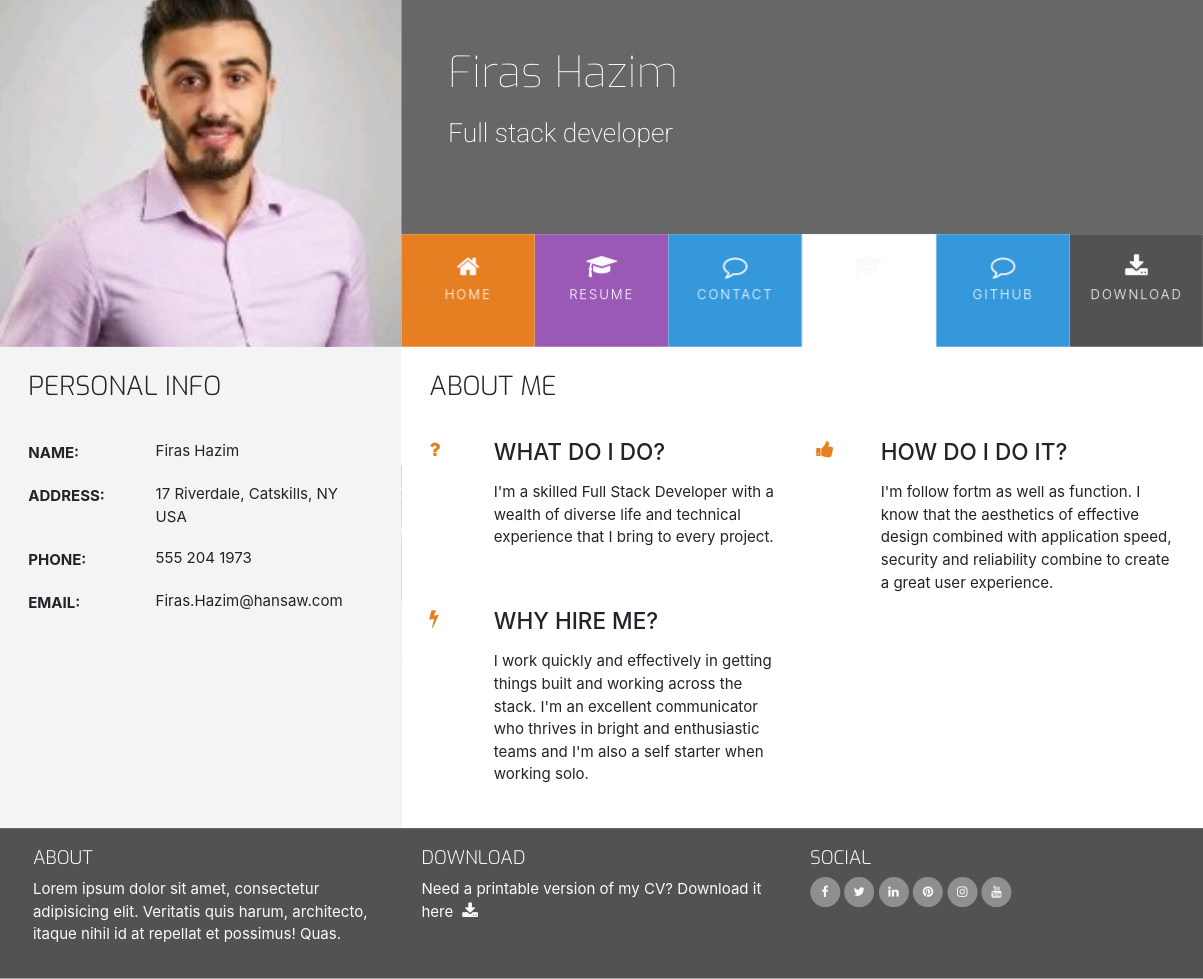
Repository: FirasH94/ResumeProject
Page: index.html
The author's editor kept a record of every edit. The page is drawn from the files as they stood at one moment, then again after the next edit.
The browser window is 1280 px wide. The pictures show the whole page, at 94% of full size.

Above is the page before.

### index.html
<!DOCTYPE html>
<html lang="en">
<head>
    <meta charset="UTF-8">
    <meta name="viewport" content="width=device-width, initial-scale=1.0">
    <meta http-equiv="X-UA-Compatible" content="ie=edge">
    <link rel="stylesheet" href="https://stackpath.bootstrapcdn.com/bootstrap/4.3.1/css/bootstrap.min.css" type="text/css" />
    <link rel="stylesheet" href="https://stackpath.bootstrapcdn.com/font-awesome/4.7.0/css/font-awesome.min.css" type="text/css" />
    <link rel="stylesheet" href="https://cdnjs.cloudflare.com/ajax/libs/hover.css/2.3.1/css/hover-min.css" type="text/css" />
    <link rel="stylesheet" href="assets/css/style.css" type="text/css" />
    <title>Firas</title>
</head>
<body>
    <header>
        <div class="row no-gutters">
            <a href="index.html" class="col-md-4 logo">

            </a>
            <div class="col-md-8">
                <div class="row bg-color-name-title no-gutters">
                    <div class="col heading">
                        <h1 class="name">Firas Hazim</h1>
                        <h2 class="title">Full stack developer</h2>
                    </div>
                </div>
                <div class="row no-gutters">
                    <div class="col">
                        <ul id="nav" class="list-inline menucontainer">
                            <li class="col-6 col-sm-2 ui-menu-color-home list-inline-item menuitem hvr-sweep-to-bottom">
                                <a href="index.html"><i class="fa fa-home" aria-hidden="true"></i><span>Home</span></a>
                            </li>
                            <li class="col-6 col-sm-2 ui-menu-color-resume list-inline-item menuitem hvr-sweep-to-bottom">
                                <a href="resume.html"><i class="fa fa-graduation-cap" aria-hidden="true"></i><span>Resume</span></a>
                            </li>
                            <li class="col-6 col-sm-2 ui-menu-color-contact list-inline-item menuitem hvr-sweep-to-bottom">
                                <a href="contact.html"><i class="fa fa-comment-o" aria-hidden="true"></i><span>Contact</span></a>
                            </li>
                            <li class="col-6 col-sm-2 ui-menu-color-interests list-inline-item menuitem hvr-sweep-to-bottom">
                                <a href="resume.html"><i class="fa fa-graduation-cap" aria-hidden="true"></i><span>Interests</span></a>
                            </li>
                            <li class="col-6 col-sm-2 ui-menu-color-contact list-inline-item menuitem hvr-sweep-to-bottom">
                                <a href="contact.html"><i class="fa fa-comment-o" aria-hidden="true"></i><span>Github</span></a>
                            </li>
                            <li class="col-6 col-sm-2 ui-menu-color-download list-inline-item menuitem hvr-sweep-to-bottom">
                                <a href="assets/cv/Firas Hazim's CV.pdf" target="_blank"><i class="fa fa-download" aria-hidden="true"></i><span>Download</span></a>
                            </li>
                        </ul>
                    </div>
                </div>
            </div>
        </div>
    </header>
    <section class="container-fluid">
        <div class="row">
            <div class="col-md-4 bg-color-personal-info section-column">
                <div class="row">
                    <div class="col-12">
                        <h3 class="section-heading uppercase">
                            Personal Info
                        </h3>
                    </div>
                </div>
                <div class="personal-info-item">
                    <div class="key">
                        <p class="uppercase">
                            Name:
                        </p>
                    </div>
                    <div class="value">
                        <p>
                            Firas Hazim
                        </p>
                    </div>
                </div>
                 <div class="personal-info-item">
                    <div class="key">
                        <p class="uppercase">
                            Address:
                        </p>
                    </div>
                    <div class="value">
                        <p>
                            17 Riverdale, Catskills, NY USA
                        </p>
                    </div>
                </div>
                 <div class="personal-info-item">
                    <div class="key">
                        <p class="uppercase">
                            Phone:
                        </p>
                    </div>
                    <div class="value">
                        <p>
                            555 204 1973
                        </p>
                    </div>
                </div>
                 <div class="personal-info-item">
                    <div class="key">
                        <p class="uppercase">
                            Email:
                        </p>
                    </div>
                    <div class="value">
                        <p>
                            Firas.Hazim@hansaw.com
                        </p>
                    </div>
                </div>
            </div>
            <div class="col-md-8 bg-color-three-reasons section-column">
                <div class="row">
                    <div class="col">
                        <h3 class="section-heading uppercase">About Me</h3>
                    </div>
                </div>
                <div class="row">
                    <div class="col-10 offset-1 offset-sm-0 col-sm-4 col-md-6">
                        <div class="row">
                            <div class="col-2">
                                <i class="three-reasons-icon fa fa-question" aria-hidden="true"></i>
                            </div>
                            <div class="col-10">
                                <h4 class="three-reasons-heading uppercase">What do I do?</h4>
                                <p>
                                    I'm a skilled Full Stack Developer with a wealth of diverse
                                    life and technical experience that I bring to every project.
                                </p>
                            </div>
                        </div>
                    </div>
                    <div class="col-10 offset-1 offset-sm-0 col-sm-4 col-md-6">
                        <div class="row">
                            <div class="col-2">
                                <i class="three-reasons-icon fa fa-thumbs-up" aria-hidden="true"></i>
                            </div>
                            <div class="col-10">
                                <h4 class="three-reasons-heading uppercase">How do I do it?</h4>
                                <p>
                                   I'm follow fortm as well as function. I know that the aesthetics of effective
                                   design combined with application speed, security and reliability combine to
                                   create a great user experience.
                                </p>
                            </div>
                        </div>
                    </div>
                     <div class="col-10 offset-1 offset-sm-0 col-sm-4 col-md-6">
                        <div class="row">
                            <div class="col-2">
                                <i class="three-reasons-icon fa fa-bolt" aria-hidden="true"></i>
                            </div>
                            <div class="col-10">
                                <h4 class="three-reasons-heading uppercase">Why hire me?</h4>
                                <p>
                                  I work quickly and effectively in getting things built and working across the stack. I'm an excellent
                                  communicator who thrives in bright and enthusiastic teams and
                                  I'm also a self starter when working solo.
                                </p>
                            </div>
                        </div>
                    </div>
                </div>
            </div>
        </div>

    </section>
    <footer class="container-fluid">
        <div id="footer-details" class="row">
            <div class="col-sm-4">
                <h5 class="uppercase general-sub">About</h5>
                <p class="inline-block">
                    Lorem ipsum dolor sit amet, consectetur adipisicing elit.
                    Veritatis quis harum, architecto, itaque nihil id at repellat et possimus! Quas.
                </p>
            </div>
            <div class="col-sm-4">
                <h5 class="uppercase general-sub">Download</h5>
                <p class="inline-block">
                    Need a printable version of my CV? Download it here
                    <a href="assets/cv/Firas Hazim's CV.pdf" target="_blank" class="cv-pdf">
                        <i class="fa fa-download" aria-hidden="true"></i>
                        <span class="sr-only">Download link.</span>
                    </a>
                </p>
            </div>
            <div class="col-sm-4">
                <h5 class="uppercase general-sub">Social</h5>
                <ul class="list-inline social-links">
                    <li class="list-inline-item">
                        <a target="_blank" href="#">
                            <i class="fa fa-facebook" aria-hidden="true"></i>
                            <span class="sr-only">Facebook</span>
                        </a>
                    </li>
                                        <li class="list-inline-item">
                        <a target="_blank" href="#">
                            <i class="fa fa-twitter" aria-hidden="true"></i>
                            <span class="sr-only">Twitter</span>
                        </a>
                    </li>
                    <li class="list-inline-item">
                        <a target="_blank" href="#">
                            <i class="fa fa-linkedin" aria-hidden="true"></i>
                            <span class="sr-only">LinkedIn</span>
                        </a>
                    </li>
                    <li class="list-inline-item">
                        <a target="_blank" href="#">
                            <i class="fa fa-pinterest" aria-hidden="true"></i>
                            <span class="sr-only">Pinterest</span>
                        </a>
                    </li>
                    <li class="list-inline-item">
                        <a target="_blank" href="#">
                            <i class="fa fa-instagram" aria-hidden="true"></i>
                            <span class="sr-only">Instagram</span>
                        </a>
                    </li>
                    <li class="list-inline-item">
                        <a target="_blank" href="#">
                            <i class="fa fa-youtube" aria-hidden="true"></i>
                            <span class="sr-only">Youtube</span>
                        </a>
                    </li>
                </ul>
            </div>
        </div>

    </footer>
</body>
</html>

### assets/css/style.css
@import url('https://fonts.googleapis.com/css?family=Roboto:100,200,300,400,500,600,700|Exo:100,200,300,400,500,600,700');

.bg-color-name-title{
background-color:#676767;
}

.bg-color-three-reasons {
    background-color: #fff;
}

.bg-color-personal-info {

background-color: #f4f4f4;
}

.bg-color-work-history {
background-color: #9b59b6;
}

.ui-menu-color-home {
    background-color: #e67e22;
}

.ui-menu-color-resume {
    background-color: #9b59b6;
}

.ui-menu-color-contact {
    background-color: #3498db;
}

.ui-menu-color-download {
    background-color: #525252;
}

/* --------------------------------------Special paddings/margins/text */

h1,h2,h3,h4 {
    margin: 0;
}

.uppercase {
    text-transform: uppercase;
}

.general-sub {
    font-family: "Exo" , sans-serif;
    font-weight: 300;
    color: #fafafa;
}

.inline-block {
    display: inline-block;
}

.row-table {
    display: table;
}

.section-column {
    display: table-cell;
    padding: 0 30px 30px;
    float: none;
}

.history-heading,
.section-heading {
    font-family: "Exo", sans-serif;
    font-weight: 300;
    margin-top: 25px;
    margin-bottom: 40px;
}

/* --------------------------------------Heading */

header {
    margin:0;
}

.heading {
     margin-left: 50px;
}

.logo {
background: url("../images/profile_pic.jpg");
background-position: center;
background-repeat: no-repeat;
background-size: cover;
min-height: 360px;
transition: all .5s ease-in-out;
-moz-transition: all .5s ease-in-out;
-webkit-transition: all .5s ease-in-out;
}


.name {
    font-family: "Exo", sans-serif;
    font-weight: 100;
    font-size: 46px;
    margin-top: 50px;
    color: #fff;
}

.title {
    font-family: "Roboto", sans-serif;
    font-weight: 200;
    font-size: 28px;
    margin-top: 20px;
    margin-bottom: 90px;
    color: #fff;
}

.list-inline-item:not(:last-child){
    margin: 0;
}

.menucontainer {
    font-size: 0;
}

#nav {
    margin: 0;
}

#nav li {
    font-size: 14px;
    padding: 0;
}

.menuitem {
    height: 120px;
    text-align: center;
    padding: 0;
}

.menuitem a {
    width: 100%;
    text-decoration: none;
    color: #fff;
    height: 120px;
}

.menuitem a i {
    padding-top: 22px;
    display: block;
    color: #fafafa;
    font-size: 26px;
}

.menuitem span {
    display: block;
    width: 100%;
    padding-top: 5px;
    text-align: center;
    text-transform: uppercase;
    font-size: 14px;
    font-weight: 300;
    letter-spacing: 2px;
}

/* --------------------------Hover.css */

.hvr-sweep-to-bottom:before {
    background-color: rgba(0, 0, 0, 0.2);
    height: 120px;
}

/* --------------------------------------Footer */

footer {
    background-color: #525252;
    color: #fafafa;
    min-height: 120px;
    margin: 0;
}


.cv-pdf i {
    font-size: 18px;
    color: #fafafa;
    text-align: center;
    padding-left: 5px;
    transition: all 0.35s ease-in-out;
    -moz-transition: all 0.35s ease-in-out;
    -webkit-transition: all 0.35s ease-in-out;
    -o-transition: all 0.35s ease-in-out;
}

.cv-pdf i:hover {
    color: #e84610;
}

.social-links {
    padding-bottom: 15px;
}

.social-links li a i {
    width: 32px;
    height: 32px;
    padding: 12px 0;
    border-radius: 50%;
    font-size: 13px;
    line-height: 7px;
    text-align: center;
    color: #fafafa;
    background: #8f8f8f;
    transition: all 0.35s ease-in-out;
    -moz-transition: all 0.35s ease-in-out;
    -webkit-transition: all 0.35s ease-in-out;
    -o-transition: all 0.35s ease-in-out;
}

.social-links li a i:hover {
    background:#e84610;
}

#footer-details {
    padding: 20px;
}

/* --------------------------------------Three reasons */

.three-reasons-icon {
    font-size: 20px;
    color: #e67e22;
}

.three-reasons-heading {
    margin-bottom: 15px;
}

/* --------------------------------------Personal Info */

.personal-info-item {
    margin-bottom: 20px;
    display: block;
    clear: both;
}

.personal-info-item .key,
.personal-info-item .value {
    padding-right: 8px;
    display: inline-block;
}

.personal-info-item .key p,
.personal-info-item .value p {
    margin: 0;
}

.personal-info-item .key {
    width: 30%;
    margin-right: 21px;
    padding-top: 2px;
    vertical-align: top;
}

.personal-info-item .key p {
    font-weight: 700;
}

.personal-info-item .value {
    position: relative;
    width: 60%;
}

/* --------------------------------------Skills */

.progress{
position:relative;
height: 25px;
margin-bottom: 4px;

}

.progress-type {
    position: absolute;
    left: 0;
    font-weight: 400;
    padding: 3px 30px 2px 10px;
    color: #fafafa;
    background-color: rgba(25, 25, 25, 0.2);
}

.progress-section {
    margin: 40px 20px;
}

/* --------------------------------------Work History */

.history-heading {
    color: #fafafa;
    margin-bottom: 50px;
}

.timeline-item {
    padding: 4em 2em 0em 2em;
    position: relative;
    color: #fafafa;
    border-left: 1px solid;
}

.timeline-item p {
    padding: 0;
    margin: 0;
}

.timeline-item:before {
    content: attr(data-dates);
    position: absolute;
    left: 2.5em;
    top: 3em;
    display: block;
    font-family: "Exo" , sans-serif;
    font-weight: 500;
    font-size:  0.8em;
    padding: 0;
    margin: 0;
}

.timeline-item:after {
    width: 12px;
    height: 12px;
    display: block;
    top: 2.4em;
    position: absolute;
    left: -6px;
    border-radius: 12px;
    content: '';
    background: #fafafa;
}

.history-items {
    margin-bottom: 30px;
}

After the next edit:
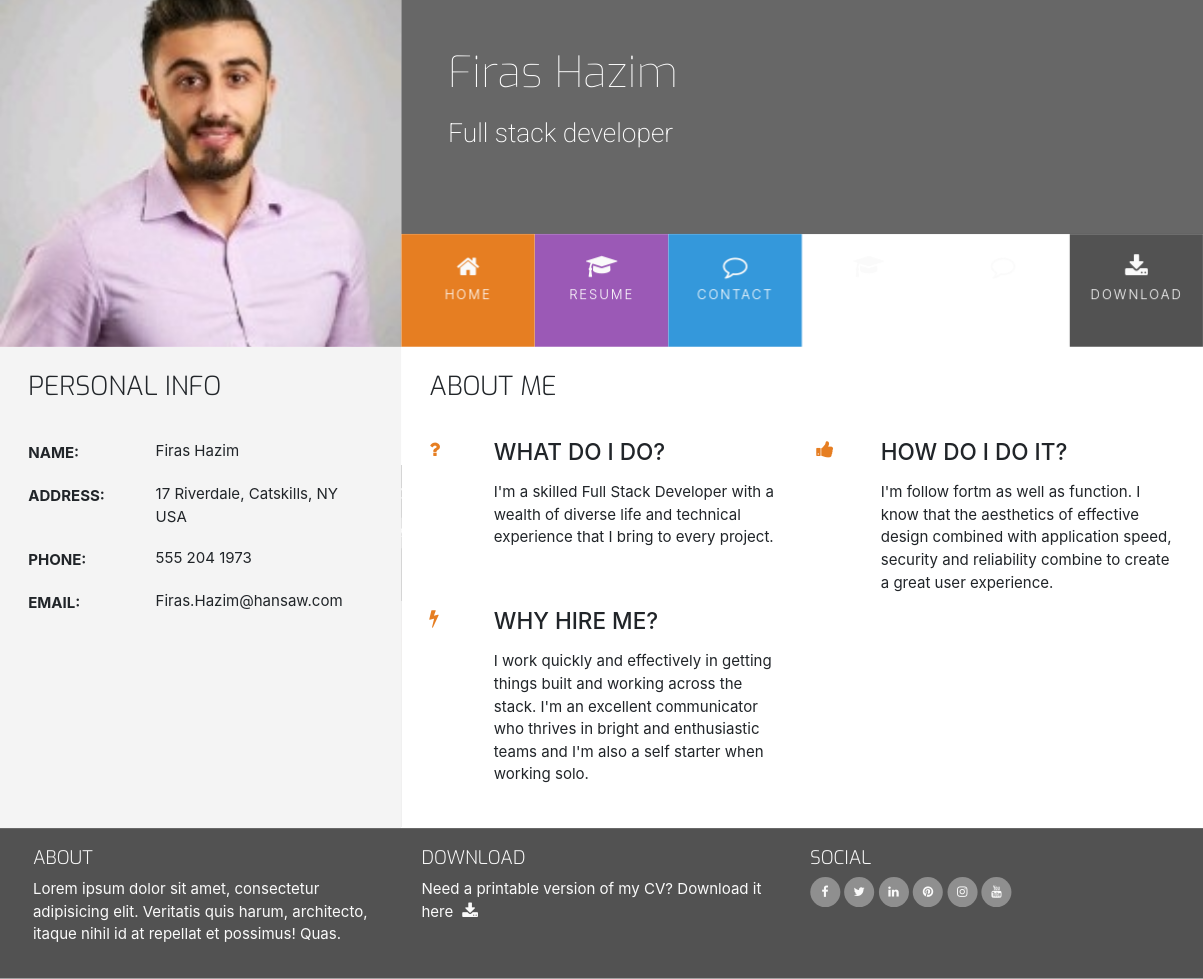
The edit:
--- a/index.html
+++ b/index.html
@@ -38,7 +38,7 @@
                             <li class="col-6 col-sm-2 ui-menu-color-interests list-inline-item menuitem hvr-sweep-to-bottom">
                                 <a href="resume.html"><i class="fa fa-graduation-cap" aria-hidden="true"></i><span>Interests</span></a>
                             </li>
-                            <li class="col-6 col-sm-2 ui-menu-color-contact list-inline-item menuitem hvr-sweep-to-bottom">
+                            <li class="col-6 col-sm-2 ui-menu-color-github list-inline-item menuitem hvr-sweep-to-bottom">
                                 <a href="contact.html"><i class="fa fa-comment-o" aria-hidden="true"></i><span>Github</span></a>
                             </li>
                             <li class="col-6 col-sm-2 ui-menu-color-download list-inline-item menuitem hvr-sweep-to-bottom">
